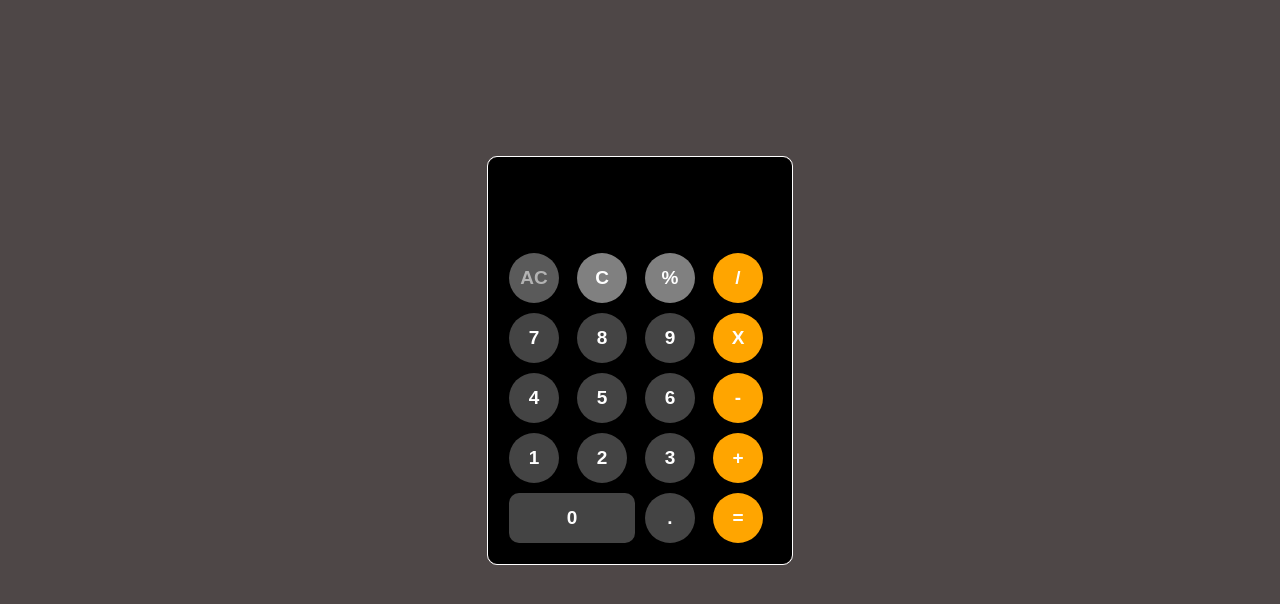
Repository: dmpelaez/calculator
Page: Calculator.html
These files come from the project's save history. The page is drawn as it stood at one moment and after the next save; the edit follows.
The browser window is 1280 px wide. The pictures show the whole page.
The first visible `.btn` is being pressed.

Above is the page before, as saved 2025-12-16 00:31:20.

After the next save:
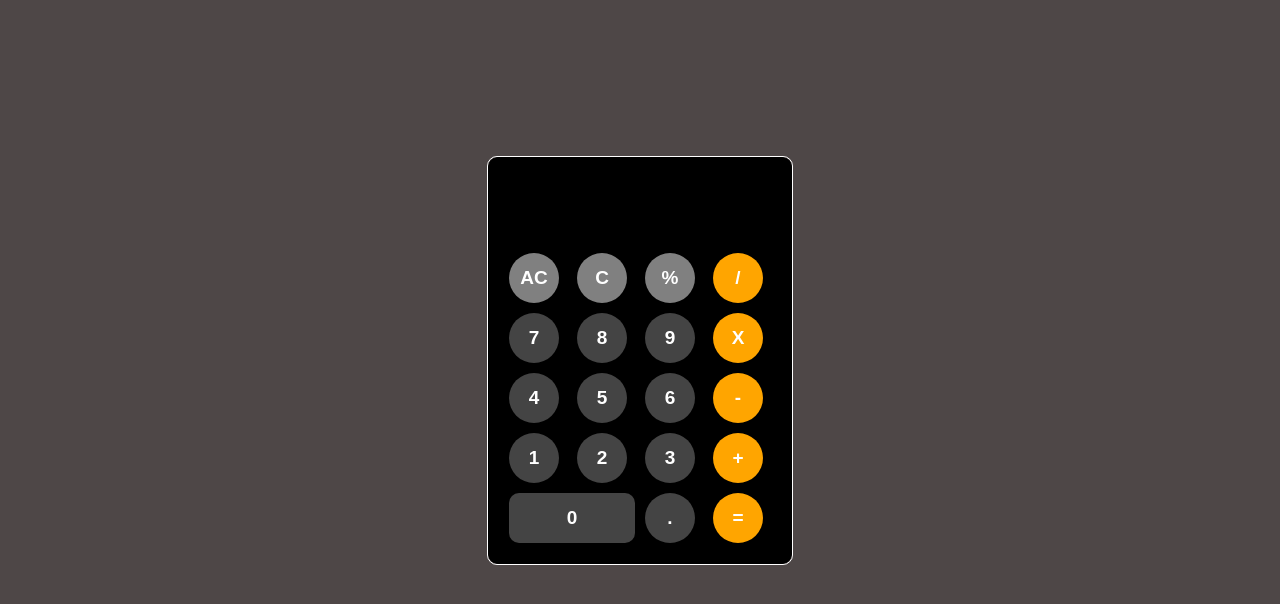
Saved 10 s later.
--- a/Calculator.css
+++ b/Calculator.css
@@ -59,7 +59,7 @@ background: black;
   opacity: 0.7;
 }
 .btn:active {
-  opacity: 0.7;
+  opacity: 1;
 }
 
 .equal {
